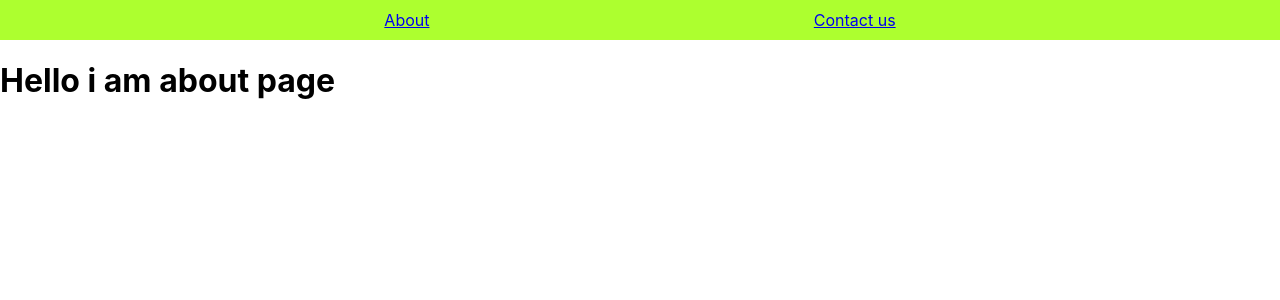
Repository: shah-zx/Pokemon
Page: /about
The author's editor kept a copy of each file at every save. The page is drawn from the files as they stood at one save, then again after the next save.
The browser window is 1280 px wide. The pictures show the whole page.
The project was rebuilt for these pictures with package versions that can differ from the ones it lists, and the page was loaded fresh each time. Also part of the build but not shown: src/App.css, src/components/ComA.jsx, src/components/Contact.jsx.

Above is the page before, as saved 2021-11-21 15:54:42.

### src/index.css
body {
  margin: 0;
  font-family: -apple-system, BlinkMacSystemFont, 'Segoe UI', 'Roboto', 'Oxygen',
    'Ubuntu', 'Cantarell', 'Fira Sans', 'Droid Sans', 'Helvetica Neue',
    sans-serif;
  -webkit-font-smoothing: antialiased;
  -moz-osx-font-smoothing: grayscale;
}

code {
  font-family: source-code-pro, Menlo, Monaco, Consolas, 'Courier New',
    monospace;
}

.menu_style{
width: 100%;
line-height: 40px;
background-color: greenyellow;
display: flex;
justify-content: space-evenly;
}

### src/App.js
import './App.css';
import ComA from './components/ComA';
import Contact from './components/Contact';
import {BrowserRouter} from "react-router-dom"
import {Routes , Route} from "react-router-dom";
import About from './components/About';
import Navbar from './components/Navbar';
function App() {
  const Name = () => {
    return <h1> This is the name page </h1>
  }
  return (
    <BrowserRouter>
      <Navbar />
       <Routes>
         <Route path = "/" element ={<ComA/>} />
         <Route path = "/about" element = {<About name = "about" />} />
         <Route path = "/contact" element = {<Contact name = 'Contact'/>} />
         <Route path = "/contact/Name" element = {<Name/>} />
       </Routes>
    </BrowserRouter>
  );
}

export default App;

### src/components/About.jsx
import React from 'react'

function About({name} , {section}) {
    return (
        <div>
            <h1>Hello i am {name} page</h1>
        </div>
    )
}

export default About

### src/components/Navbar.jsx
import React from 'react'
import {Link} from "react-router-dom"

function Navbar() {
    return (
        <>
        <div className = "menu_style">
        <Link activeClassName = "active_class" to = "/about">About</Link>
        <Link activeClassName = "active_class" to = "/contact">Contact us</Link>
        </div>
        </>
    )
}

export default Navbar

Loaded but not shown: public/index.html (common file); src/index.js (common file); src/reportWebVitals.js (common file)

After the next save:
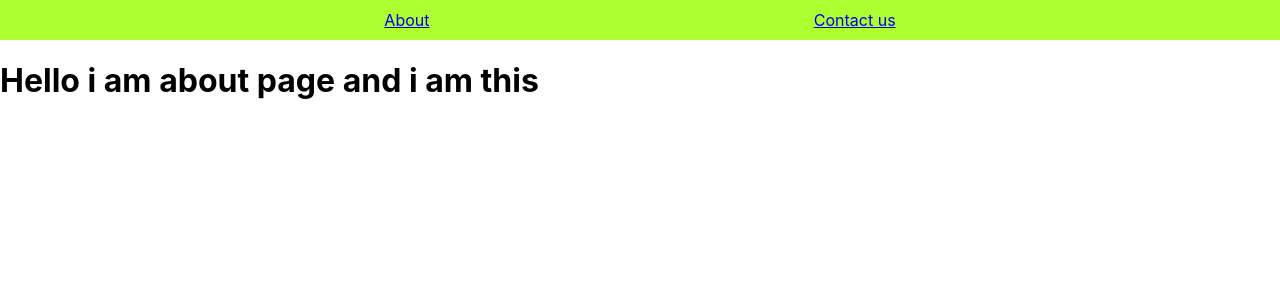
Saved 19 s later.
--- a/src/components/About.jsx
+++ b/src/components/About.jsx
@@ -3,7 +3,7 @@ import React from 'react'
 function About({name} , {section}) {
     return (
         <div>
-            <h1>Hello i am {name} page</h1>
+            <h1>Hello i am {name} page and i am this {section}</h1>
         </div>
     )
 }
